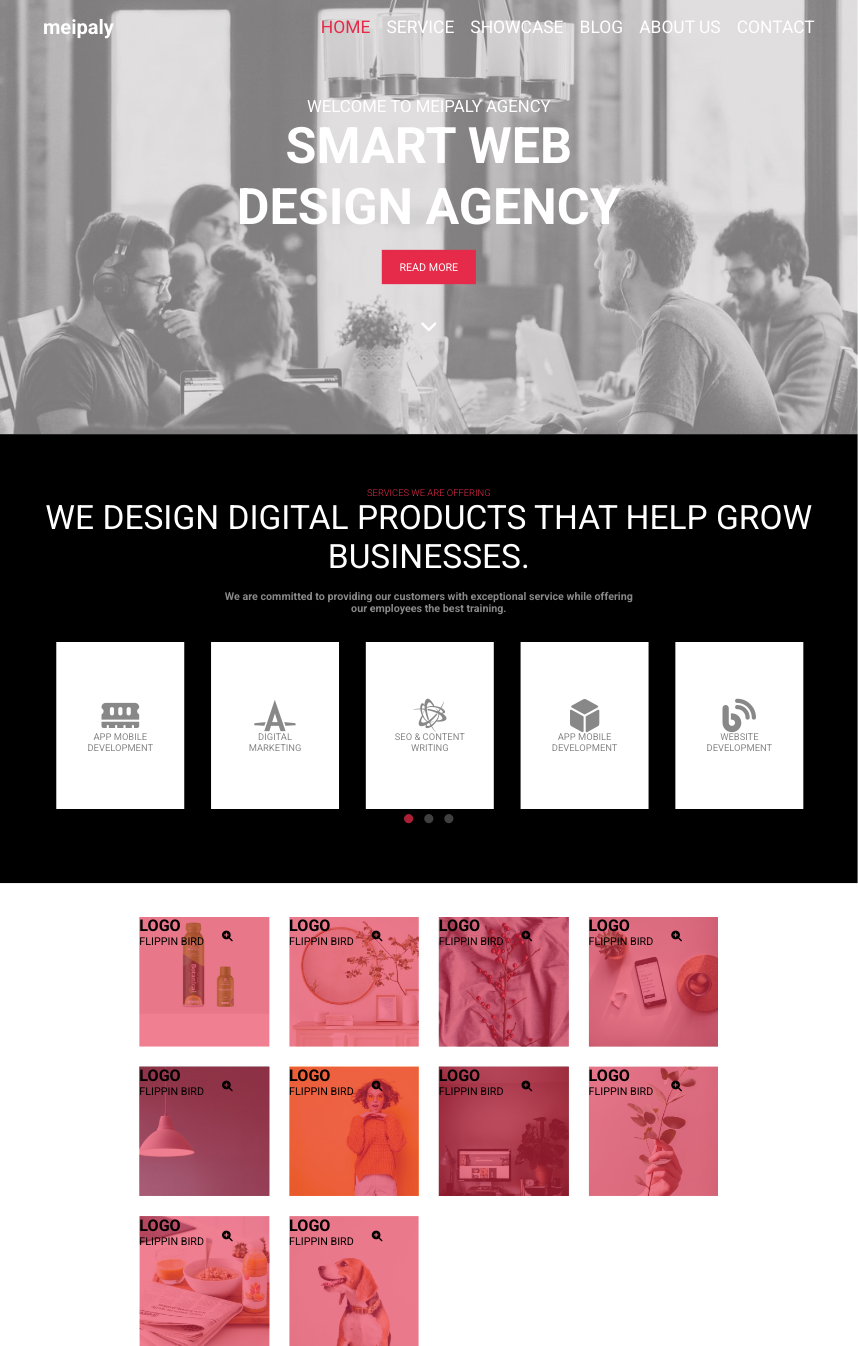
Repository: ducdatit2002/meipaly
Page: index.html
The author's editor kept a copy of each file at every save. The page is drawn from the files as they stood at one save, then again after a run of saves.
The browser window is 1280 px wide. The pictures show the whole page, at 67% of full size.

Above is the page before, as saved 2023-07-17 19:32:27.

After the next 4 saves:
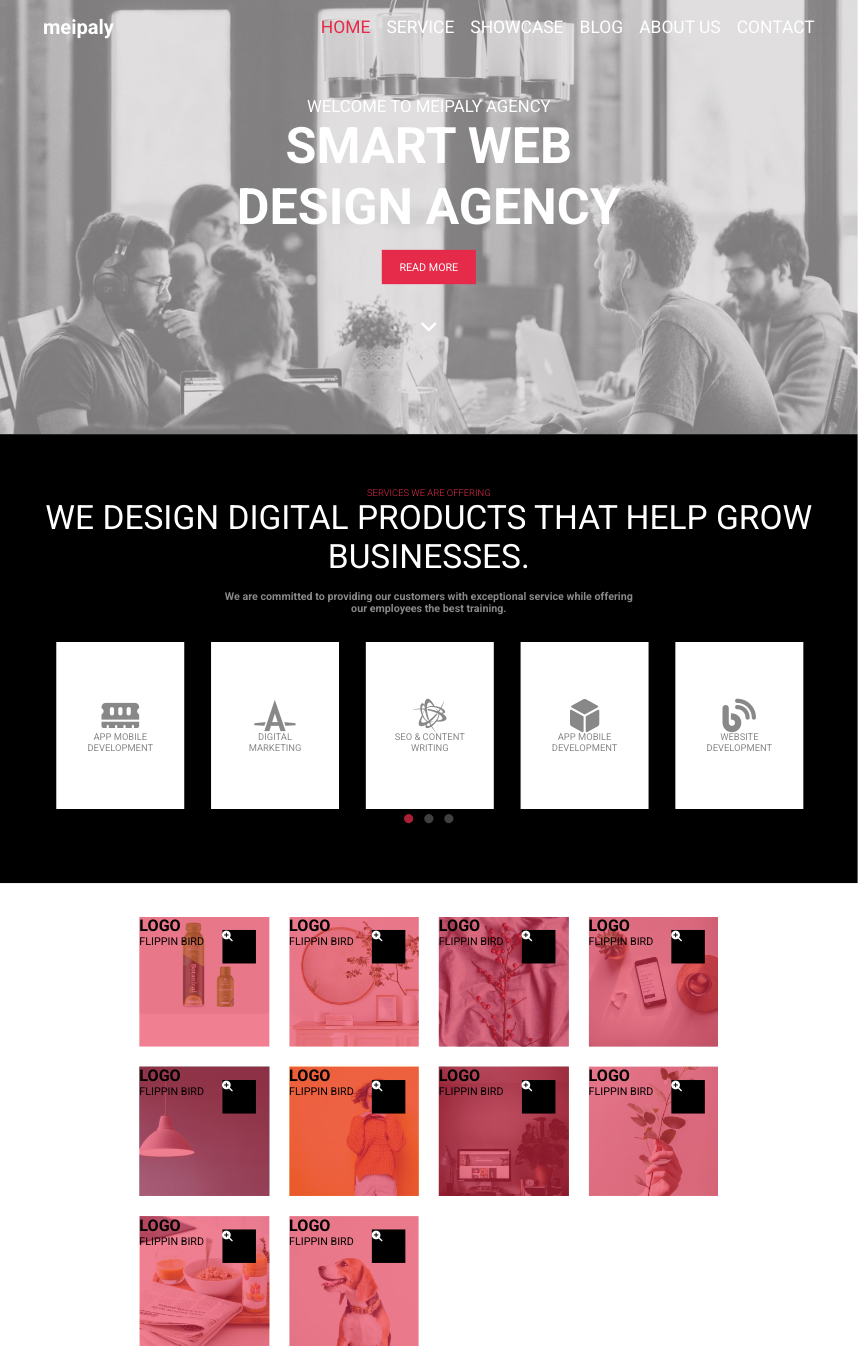
The 4 saves are shown as one change because they came seconds apart.
The last was saved 12 s later.
--- a/index.css
+++ b/index.css
@@ -202,5 +202,6 @@ header a.active, header a:hover {
     right: 20px;
     width: 50px;
     height: 50px;
-
-}
+    background: #000;
+    color: white;
+}
